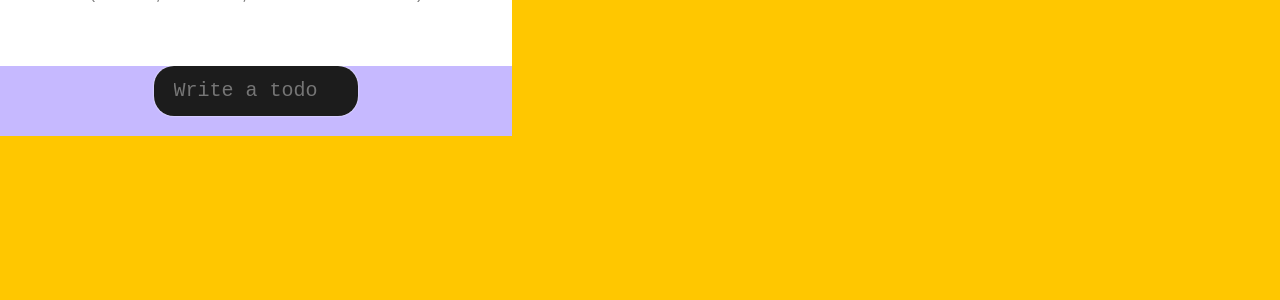
Repository: ThisIsSahaj/Js-Projects
Page: ToDoList/index.html
The author's editor kept a copy of each file at every save. The page is drawn from the files as they stood at one save, then again after the next save.
The browser window is 1280 px wide. The pictures show the whole page.

Above is the page before, as saved 2024-04-24 09:39:03.

### ToDoList/index.html
<!DOCTYPE html>
<html lang="en">
<head>
    <meta charset="UTF-8">
    <meta http-equiv="X-UA-Compatible" content="IE=edge">
    <meta name="viewport" content="width=device-width, initial-scale=1.0">
    <title>To Do List</title>
    <link rel="stylesheet" href="style.css">
    <link rel="stylesheet" href="https://cdnjs.cloudflare.com/ajax/libs/font-awesome/6.0.0/css/all.min.css" integrity="sha512-9usAa10IRO0HhonpyAIVpjrylPvoDwiPUiKdWk5t3PyolY1cOd4DSE0Ga+ri4AuTroPR5aQvXU9xC6qOPnzFeg==" crossorigin="anonymous" referrerpolicy="no-referrer" />

</head>
<body>
    <div class="header">
       <h3>To Do List</h3>
        <p>(Remove, Refresh, Mark Done/Undone)</p>

        <div class="box">

            <input type="text" placeholder="Write a todo" >
            <ul class="todoBox">

            </ul>

        </div>
    </div>
</body>

<script src="script.js"></script>
</html>

### ToDoList/style.css
*{
    margin: 0;
    padding: 0;
    box-sizing: border-box;
    outline: none;
}

body{
    /* background-color: #000; */
    background-color: #FFC700;
    display: flex;
    flex-wrap: wrap;
    font-family: monospace;
}

.header{
    width: 40%;
    height: 80px;
    background-color: white;
    /* color: white; */
    display: flex;
    flex-direction: column;
    align-items: center;
    justify-content: center;
    font-family: monospace;
    font-size: 22px;
    gap: 12px;
    /* border: 2px solid blue; */
}

.header p {
    color: grey;
    font-size: 16px;
}

.box{
    /* border: 2px solid red; */
    background-color: #C6B9FF;
    margin-top: 50px;
    width: 100%;
    display: flex;
    justify-content: center;
    align-items: center;
    flex-direction: column;
}



input{
    width: 40%;
    height: 50px;
    border-radius: 20px;
    color: white;
    padding: 20px;
    font-size: 20px;
    font-family: monospace;
    background-color: rgb(28, 28, 28);
    border: none;
    box-shadow: 0px 0px 2px white;

}

.todoBox{
    /* border: 2px solid red; */
    margin-top: 20px;
    list-style: none;
    width: 40%;
}



.todoBox li {
    position: relative;
    background-color: rgb(34, 34, 34);
    box-shadow: 0px 3px 6px rgba(0, 0, 0, 0.05), 0px 8px 15px rgba(0, 0, 0, 0.1), 0 0 0 1px rgba(255, 255, 255, 0.1);
    padding: 20px;
    border-radius: 15px;



    transition: box-shadow 0.25s;
    /* width: 100%; */
    /* height: 50px; */
    margin: 20px 0px;

    font-size: 16px;
    font-family: monospace;
    color: white;
    padding-right: 45px;
    text-align: justify;
    user-select: none;

}

.todoBox li i {
    color: rgb(142, 142, 142);
    position: absolute;
    right: 20px;
    cursor: pointer;
    /* top: 50%; */
    top: 20px;

}

.done{
    text-decoration: line-through;
    color: grey !important;

}

### ToDoList/script.js
const input = document.querySelector('input');
const todoBox = document.querySelector('.todoBox');



// ✅ LOCAL STORAGE
const updateLS = () => {
    const taskValue = document.querySelectorAll('li');

    const tasks = [];

    taskValue.forEach((curEle) => {
        return tasks.push(curEle.textContent.trim());
    });

    localStorage.setItem('tasks', JSON.stringify(tasks));
}




// ✅ ADD TASK
const addTask = (text) => {
    const task = document.createElement('li');

    const htmlData =
        ` <p>${text}</p>

          <i class="delete fa-regular fa-circle-xmark"></i> `
    task.insertAdjacentHTML('afterbegin', htmlData);
    todoBox.appendChild(task);


    // ✅ DELETE TASK
    const deleteBtn = task.querySelector('i');
    deleteBtn.addEventListener('click', ()=>{
    task.remove();
    updateLS();
    })


    // ✅ Mark a task DONE/UNDONE
    task.addEventListener('click', ()=>{
        task.classList.toggle('done');
    })
}





// ✅ GET THE INPUT
input.addEventListener('keyup', (event)=>{

    // to know which key is being pressed
   // console.log(event.key);

  if (event.key == 'Enter') {

    // to get the value written in input
    // console.log(input.value);

      addTask(input.value);
      updateLS();

      //to clear the value written in input after ENTER
      input.value = "";

    }
})






// ✅ GETTING DATA BACK FROM LOCAL SOTRAGE
const taskAvailable = JSON.parse(localStorage.getItem('tasks'));

if(taskAvailable)
{
    taskAvailable.forEach((curTask) =>
    {
        addTask(curTask);
    })};

After the next save:
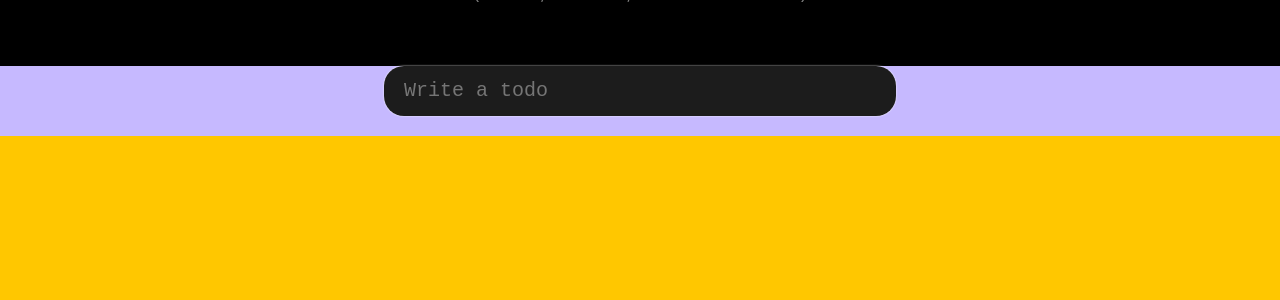
Saved 12 s later.
--- a/ToDoList/style.css
+++ b/ToDoList/style.css
@@ -14,10 +14,10 @@ body{
 }
 
 .header{
-    width: 40%;
+    width: 100%;
     height: 80px;
-    background-color: white;
-    /* color: white; */
+    background-color: black;
+    color: white;
     display: flex;
     flex-direction: column;
     align-items: center;
